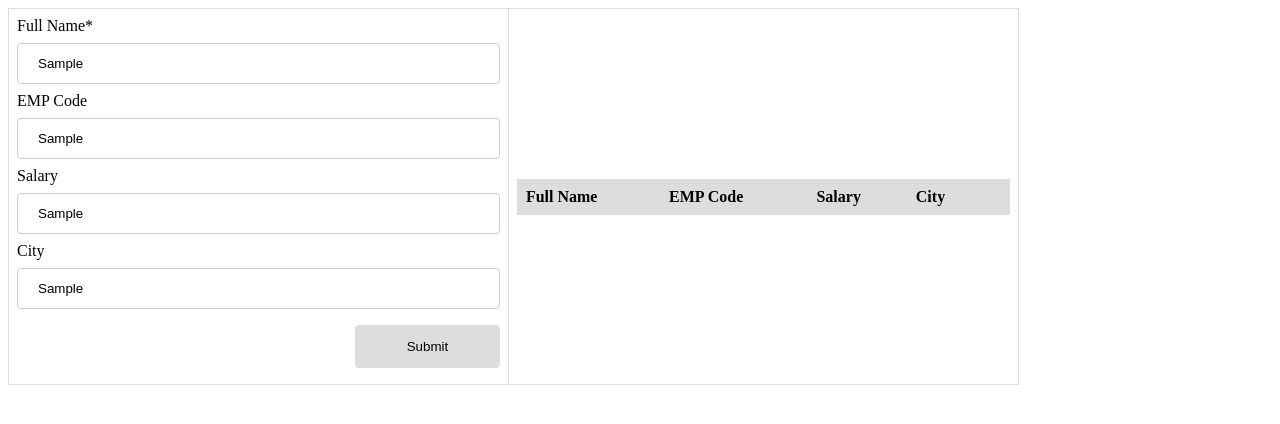
Repository: JohnRudolph1/CRUD-App
Page: index.html
An editor plug-in stored every save of this project. The page is shown before and after a run of saves, followed by the edit.
The browser window is 1280 px wide. The pictures show the whole page.
Empty fields were first filled with sample values (such as "Sample", 5 or name@example.com).
After loading, the first visible `form` was submitted once.

Above is the page before, as saved 2021-12-10 22:34:54.
Console error: ReferenceError: selectedRow is not defined

### index.html
<!DOCTYPE html>
<html>

<head>
    <title>
        Html CRUD with Pure JavaScript
    </title>
    <link rel="stylesheet" href="stylles.css">
</head>

<body>
    <table>
        <tr>
            <td>
                <form onsubmit="event.preventDefault();onFormSubmit();" autocomplete="off">
                    <div>
                        <label>Full Name*</label><label class="validation-error hide" id="fullNameValidationError">This field is required.</label>
                        <input type="text" name="fullName" id="fullName">
                    </div>
                    <div>
                        <label>EMP Code</label>
                        <input type="text" name="empCode" id="empCode">
                    </div>
                    <div>
                        <label>Salary</label>
                        <input type="text" name="salary" id="salary">
                    </div>
                    <div>
                        <label>City</label>
                        <input type="text" name="city" id="city">
                    </div>
                    <div  class="form-action-buttons">
                        <input type="submit" value="Submit">
                    </div>
                </form>
            </td>
            <td>
                <table class="list" id="employeeList">
                    <thead>
                        <tr>
                            <th>Full Name</th>
                            <th>EMP Code</th>
                            <th>Salary</th>
                            <th>City</th>
                            <th></th>
                        </tr>
                    </thead>
                    <tbody>

                    </tbody>
                </table>
            </td>
        </tr>
    </table>
    <script src="script.js"></script>
</body>

</html>

### stylles.css
body > table{
    width: 80%;
}

table{
    border-collapse: collapse;
}
table.list{
    width:100%;
}

td, th {
    border: 1px solid #dddddd;
    text-align: left;
    padding: 8px;
}
tr:nth-child(even),table.list thead>tr {
    background-color: #dddddd;
}

input[type=text], input[type=number] {
    width: 100%;
    padding: 12px 20px;
    margin: 8px 0;
    display: inline-block;
    border: 1px solid #ccc;
    border-radius: 4px;
    box-sizing: border-box;
}

input[type=submit]{
    width: 30%;
    background-color: #ddd;
    color: #000;
    padding: 14px 20px;
    margin: 8px 0;
    border: none;
    border-radius: 4px;
    cursor: pointer;
}

form div.form-action-buttons{
    text-align: right;
}

a{
    cursor: pointer;
    text-decoration: underline;
    color: #0000ee;
    margin-right: 4px;
}

label.validation-error{
    color:   red;
    margin-left: 5px;
}

.hide{
    display:none;
}

### script.js
// var selectedRow = null

function onFormSubmit() {
    if (validate()) {
        var formData = readFormData();
        if (selectedRow == null)
            insertNewRecord(formData);
        else
            updateRecord(formData);
        resetForm();
    }
}

function readFormData() {
    var formData = {};
    formData["fullName"] = document.getElementById("fullName").value;
    formData["empCode"] = document.getElementById("empCode").value;
    formData["salary"] = document.getElementById("salary").value;
    formData["city"] = document.getElementById("city").value;
    return formData;
}

function insertNewRecord(data) {
    var table = document.getElementById("employeeList").getElementsByTagName('tbody')[0];
    var newRow = table.insertRow(table.length);
    cell1 = newRow.insertCell(0);
    cell1.innerHTML = data.fullName;
    cell2 = newRow.insertCell(1);
    cell2.innerHTML = data.empCode;
    cell3 = newRow.insertCell(2);
    cell3.innerHTML = data.salary;
    cell4 = newRow.insertCell(3);
    cell4.innerHTML = data.city;
    cell4 = newRow.insertCell(4);
    cell4.innerHTML = `<a onClick="onEdit(this)">Edit</a>
                       <a onClick="onDelete(this)">Delete</a>`;
}

function resetForm() {
    document.getElementById("fullName").value = "";
    document.getElementById("empCode").value = "";
    document.getElementById("salary").value = "";
    document.getElementById("city").value = "";
    selectedRow = null;
}

function onEdit(td) {
    selectedRow = td.parentElement.parentElement;
    document.getElementById("fullName").value = selectedRow.cells[0].innerHTML;
    document.getElementById("empCode").value = selectedRow.cells[1].innerHTML;
    document.getElementById("salary").value = selectedRow.cells[2].innerHTML;
    document.getElementById("city").value = selectedRow.cells[3].innerHTML;
}
function updateRecord(formData) {
    selectedRow.cells[0].innerHTML = formData.fullName;
    selectedRow.cells[1].innerHTML = formData.empCode;
    selectedRow.cells[2].innerHTML = formData.salary;
    selectedRow.cells[3].innerHTML = formData.city;
}

function onDelete(td) {
    if (confirm('Are you sure to delete this record ?')) {
        row = td.parentElement.parentElement;
        document.getElementById("employeeList").deleteRow(row.rowIndex);
        resetForm();
    }
}
function validate() {
    isValid = true;
    if (document.getElementById("fullName").value == "") {
        isValid = false;
        document.getElementById("fullNameValidationError").classList.remove("hide");
    } else {
        isValid = true;
        if (!document.getElementById("fullNameValidationError").classList.contains("hide"))
            document.getElementById("fullNameValidationError").classList.add("hide");
    }
    return isValid;
}

After the next 2 saves:
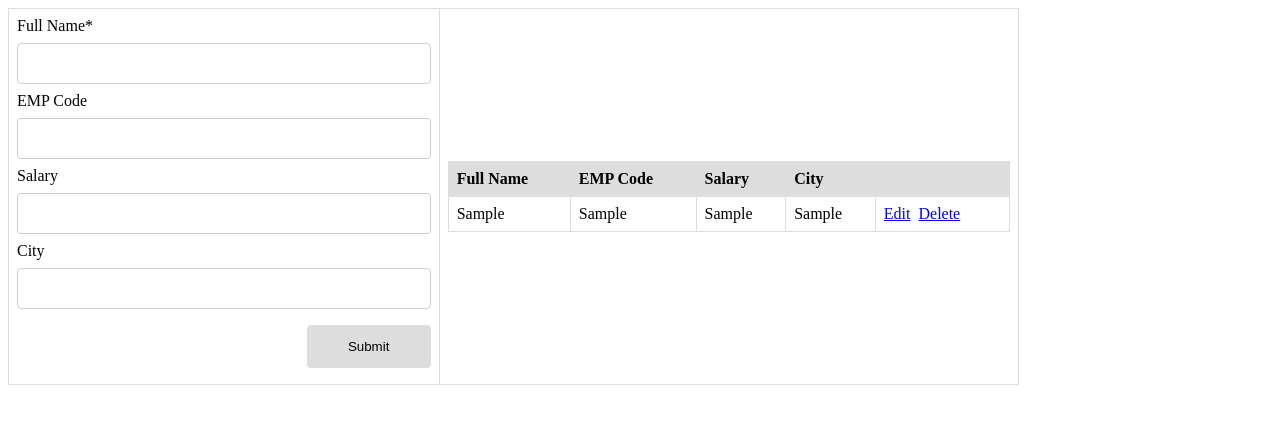
The error is gone.
The 2 saves are shown as one change because they came seconds apart.
The last was saved 60 s later.
--- a/script.js
+++ b/script.js
@@ -1,79 +1,83 @@
-// var selectedRow = null
+var selectedRow = null;
 
 function onFormSubmit() {
-    if (validate()) {
-        var formData = readFormData();
-        if (selectedRow == null)
-            insertNewRecord(formData);
-        else
-            updateRecord(formData);
-        resetForm();
-    }
+  if (validate()) {
+    var formData = readFormData();
+    if (selectedRow == null) insertNewRecord(formData);
+    else updateRecord(formData);
+    resetForm();
+  }
 }
 
 function readFormData() {
-    var formData = {};
-    formData["fullName"] = document.getElementById("fullName").value;
-    formData["empCode"] = document.getElementById("empCode").value;
-    formData["salary"] = document.getElementById("salary").value;
-    formData["city"] = document.getElementById("city").value;
-    return formData;
+  var formData = {};
+  formData["fullName"] = document.getElementById("fullName").value;
+  formData["empCode"] = document.getElementById("empCode").value;
+  formData["salary"] = document.getElementById("salary").value;
+  formData["city"] = document.getElementById("city").value;
+  return formData;
 }
 
 function insertNewRecord(data) {
-    var table = document.getElementById("employeeList").getElementsByTagName('tbody')[0];
-    var newRow = table.insertRow(table.length);
-    cell1 = newRow.insertCell(0);
-    cell1.innerHTML = data.fullName;
-    cell2 = newRow.insertCell(1);
-    cell2.innerHTML = data.empCode;
-    cell3 = newRow.insertCell(2);
-    cell3.innerHTML = data.salary;
-    cell4 = newRow.insertCell(3);
-    cell4.innerHTML = data.city;
-    cell4 = newRow.insertCell(4);
-    cell4.innerHTML = `<a onClick="onEdit(this)">Edit</a>
+  var table = document
+    .getElementById("employeeList")
+    .getElementsByTagName("tbody")[0];
+  var newRow = table.insertRow(table.length);
+  cell1 = newRow.insertCell(0);
+  cell1.innerHTML = data.fullName;
+  cell2 = newRow.insertCell(1);
+  cell2.innerHTML = data.empCode;
+  cell3 = newRow.insertCell(2);
+  cell3.innerHTML = data.salary;
+  cell4 = newRow.insertCell(3);
+  cell4.innerHTML = data.city;
+  cell4 = newRow.insertCell(4);
+  cell4.innerHTML = `<a onClick="onEdit(this)">Edit</a>
                        <a onClick="onDelete(this)">Delete</a>`;
 }
 
 function resetForm() {
-    document.getElementById("fullName").value = "";
-    document.getElementById("empCode").value = "";
-    document.getElementById("salary").value = "";
-    document.getElementById("city").value = "";
-    selectedRow = null;
+  document.getElementById("fullName").value = "";
+  document.getElementById("empCode").value = "";
+  document.getElementById("salary").value = "";
+  document.getElementById("city").value = "";
+  selectedRow = null;
 }
 
 function onEdit(td) {
-    selectedRow = td.parentElement.parentElement;
-    document.getElementById("fullName").value = selectedRow.cells[0].innerHTML;
-    document.getElementById("empCode").value = selectedRow.cells[1].innerHTML;
-    document.getElementById("salary").value = selectedRow.cells[2].innerHTML;
-    document.getElementById("city").value = selectedRow.cells[3].innerHTML;
+  selectedRow = td.parentElement.parentElement;
+  document.getElementById("fullName").value = selectedRow.cells[0].innerHTML;
+  document.getElementById("empCode").value = selectedRow.cells[1].innerHTML;
+  document.getElementById("salary").value = selectedRow.cells[2].innerHTML;
+  document.getElementById("city").value = selectedRow.cells[3].innerHTML;
 }
 function updateRecord(formData) {
-    selectedRow.cells[0].innerHTML = formData.fullName;
-    selectedRow.cells[1].innerHTML = formData.empCode;
-    selectedRow.cells[2].innerHTML = formData.salary;
-    selectedRow.cells[3].innerHTML = formData.city;
+  selectedRow.cells[0].innerHTML = formData.fullName;
+  selectedRow.cells[1].innerHTML = formData.empCode;
+  selectedRow.cells[2].innerHTML = formData.salary;
+  selectedRow.cells[3].innerHTML = formData.city;
 }
 
 function onDelete(td) {
-    if (confirm('Are you sure to delete this record ?')) {
-        row = td.parentElement.parentElement;
-        document.getElementById("employeeList").deleteRow(row.rowIndex);
-        resetForm();
-    }
+  if (confirm("Are you sure to delete this record ?")) {
+    row = td.parentElement.parentElement;
+    document.getElementById("employeeList").deleteRow(row.rowIndex);
+    resetForm();
+  }
 }
 function validate() {
+  isValid = true;
+  if (document.getElementById("fullName").value == "") {
+    isValid = false;
+    document.getElementById("fullNameValidationError").classList.remove("hide");
+  } else {
     isValid = true;
-    if (document.getElementById("fullName").value == "") {
-        isValid = false;
-        document.getElementById("fullNameValidationError").classList.remove("hide");
-    } else {
-        isValid = true;
-        if (!document.getElementById("fullNameValidationError").classList.contains("hide"))
-            document.getElementById("fullNameValidationError").classList.add("hide");
-    }
-    return isValid;
+    if (
+      !document
+        .getElementById("fullNameValidationError")
+        .classList.contains("hide")
+    )
+      document.getElementById("fullNameValidationError").classList.add("hide");
+  }
+  return isValid;
 }
